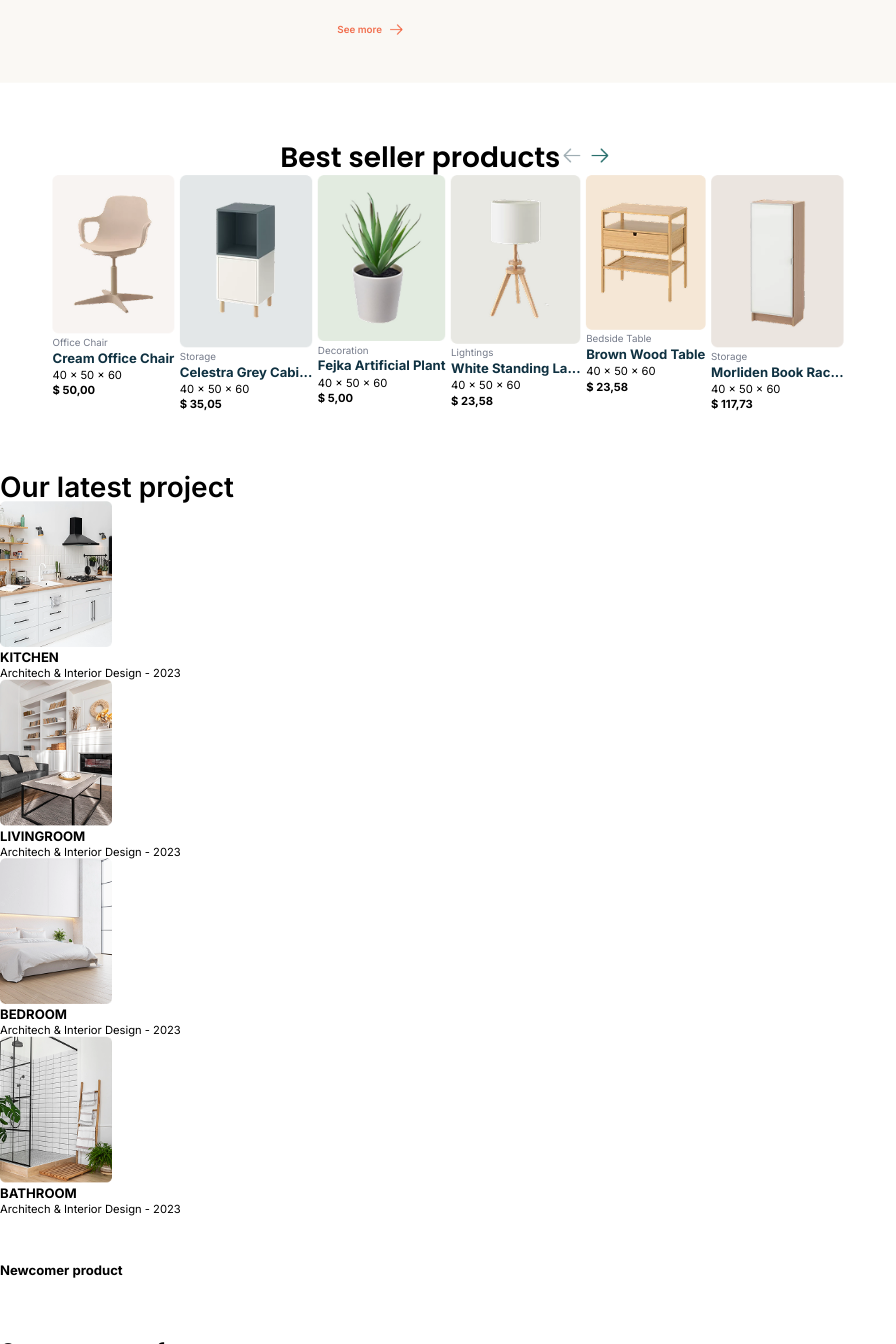
Repository: MatheusEich15/FrontEnd
Page: Prova 1 FrontEnd/Prova 1 FrontEnd/index.html
The author's editor kept a copy of each file at every save. The page is drawn from the files as they stood at one save, then again after a run of saves.
The browser window is 1280 px wide. The pictures show the part of the page from y = 1673 to 3593 px (the page is 4771 px tall before and 4734 px after), at 70% of full size.

Above is the page before, as saved 2026-03-12 14:12:18.

### Prova 1 FrontEnd/Prova 1 FrontEnd/index.html
<!DOCTYPE html>

<html lang="en">

<head>
    <meta charset="UTF-8">
    <meta name="viewport" content="width=device-width, initial-scale=1.0">
    <title>Coca</title>
    <link rel="stylesheet" href="style.css">
    <!--  -->
</head>

<body>

    <header>

        <div id="links-header"> <!-- div para links do lado esquerdo -->
            <div id="logo-header"><img src="./assets/images/Logo-images/Logo.png" alt="Logo"></div>
            <nav>
                <ul>
                    <li><a href="#"><span>About</span></a></li>
                    <li><a href="#">Blog</a></li>
                    <li><a href="#">Contact</a></li>
                </ul>
            </nav>
        </div>
        <div id="btn-header"> <!-- div para links do lado direito -->
            <a id="sign-in-btn" href="#">Sign In</a>
            <button><img src="./assets/icons/Menu.png" alt="Menu"></button>
        </div>

    </header>

    <main>

        <section id="introduction"> <!-- Introdução ao site -->
            <div id="introduction-content">
                <h3>Explore any kind of furnitures</h3>
                <h1>Better Furniture <br>
                    Better Living</h1>
                <div id="introduction-btn">
                    <a href="#">Check our projects</a>
                    <div id="right-arrow"><img src="./assets/icons/Short Right Arrow.png" alt="Seta"></div>
                </div>
            </div>
        </section>

        <section id="about"> <!-- Sobre o site -->
            <div class="title">
                <h2>What we provide</h2>
            </div>
            <div id="about-items"> <!-- Informações básicas -->
                <div class="about-item">
                    <img src="./assets/icons/Home.png" alt="Ícone de Home">
                    <h3>10 years of experience <br>
                        in furniture business</h3>
                    <p>We’re already established since 2012, and <br>
                        in 10 years we have lots of positive <br>
                        reviews and achievements</p>
                    <div id="see-more-btn">
                        <a href="#">See more</a>
                        <img src="./assets/icons/Normal Right Arrow.png" alt="Seta">
                    </div>
                </div>
                <div class="about-item">
                    <img src="./assets/icons/Credit Card.png" alt="Ícone de Cartão de Crédito">
                    <h3>Afforable price with <br>
                        world class quality</h3>
                    <p>Our craftsmen have lots of experience <br>
                        dealing with crafting furnitures and some <br>
                        of them have world class quality</p>
                    <div id="see-more-btn">
                        <a href="#">See more</a>
                        <img src="./assets/icons/Normal Right Arrow.png" alt="Seta">
                    </div>
                </div>
                <div class="about-item">
                    <img src="./assets/icons/Thumbs Up.png" alt="Ícone de Polegares Para Cima">
                    <h3>Bring your ideas into <br>
                        a living product</h3>
                    <p>Besides you can buy the existing product, <br>
                        you can also consultate with us also to <br>
                        make your dream furniture</p>
                    <div id="see-more-btn">
                        <a href="#">See more</a>
                        <img src="./assets/icons/Normal Right Arrow.png" alt="Seta">
                    </div>
                </div>
            </div>
        </section>

        <section id="products"> <!-- Produtos disponíveis -->
            <div class="title-arrows">
                <h2>Best seller products</h2>
                <div class="title-btn">
                    <img src="./assets/icons/Normal Left Arrow Sells.png" alt="Seta">
                    <img src="./assets/icons/Normal Right Arrow Sells.png" alt="Seta">
                </div>
            </div>
            <div id="products-items">
                <div class="product-item">
                    <img src="./assets/images/Products-images/Cream Office Chair.png" alt="Cadeira de Escritório Cor Creme">
                    <p><span>Office Chair</span></p>
                    <h3>Cream Office Chair</h3>
                    <p>40 x 50 x 60</p>
                    <h4>$ 50,00</h4>
                </div>
                <div class="product-item">
                    <img src="./assets/images/Products-images/Celestra Grey Cabi.png" alt="Armário Pequeno Cor Cinza e Branco">
                    <p><span>Storage</span></p>
                    <h3>Celestra Grey Cabi...</h3>
                    <p>40 x 50 x 60</p>
                    <h4>$ 35,05</h4>
                </div>
                <div class="product-item">
                    <img src="./assets/images/Products-images/Fejka Artificial Plant.png" alt="Planta Artificial em Vaso Cor Cinza">
                    <p><span>Decoration</span></p>
                    <h3>Fejka Artificial Plant</h3>
                    <p>40 x 50 x 60</p>
                    <h4>$ 5,00</h4>
                </div>
                <div class="product-item">
                    <img src="./assets/images/Products-images/White Standing La.png" alt="Luminária Cor Branca">
                    <p><span>Lightings</span></p>
                    <h3>White Standing La...</h3>
                    <p>40 x 50 x 60</p>
                    <h4>$ 23,58</h4>
                </div>
                <div class="product-item">
                    <img src="./assets/images/Products-images/Brown Wood Table.png" alt="Mesa de Madeira Cor Marrom">
                    <p><span>Bedside Table</span></p>
                    <h3>Brown Wood Table</h3>
                    <p>40 x 50 x 60</p>
                    <h4>$ 23,58</h4>
                </div>
                <div class="product-item">
                    <img src="./assets/images/Products-images/Morliden Book Rac.png" alt="Armário Médio Moderno Cor Branca">
                    <p><span>Storage</span></p>
                    <h3>Morliden Book Rac...</h3>
                    <p>40 x 50 x 60</p>
                    <h4>$ 117,73</h4>
                </div>
            </div>
        </section>

        <section id="projects"> <!-- Demonstrações de projetos -->
            <div class="title">
                <h2><span>Our latest project</span></h2>
            </div>
            <div id="projects-items">
                <div class="project-item">
                    <img src="./assets/images/Projects-images/Kitchen.png" alt="Demonstração de Cozinha">
                    <h3>KITCHEN</h3>
                    <p>Architech & Interior Design - 2023</p>
                </div>
                <div class="project-item">
                    <img src="./assets/images/Projects-images/Livingroom.png" alt="Demonstração de Sala de Estar">
                    <h3>LIVINGROOM</h3>
                    <p>Architech & Interior Design - 2023</p>
                </div>
                <div class="project-item">
                    <img src="./assets/images/Projects-images/Bedroom.png" alt="Demonstração de Quarto">
                    <h3>BEDROOM</h3>
                    <p>Architech & Interior Design - 2023</p>
                </div>
                <div class="project-item">
                    <img src="./assets/images/Projects-images/Bathroom.png" alt="Demonstração de Banheiro">
                    <h3>BATHROOM</h3>
                    <p>Architech & Interior Design - 2023</p>
                </div>
            </div>
            <div id="project-btn"> <!-- Seta do Desktop para ver mais projetos -->
                <img src="./assets/icons/Normal Right Arrow Projects.png" alt="Seta">
            </div>
        </section>

        <section id="news"> <!-- Novidades -->
            <div id="news-content">
                <h3>Newcomer product</h3>
                <div class="title">
                    <h2>2 seater Sofa</h2>
                </div>
                <p>Lorem ipsum dolor sit amet, consectetur adipiscing elit. Egestas luctus malesuada et volutpat, pellentesque dignissim suscipit. </p>
                <div id="available-colors">
                    <h4>Available Colors</h4>
                    <img src="./assets/images/News-images/Available Colors.png" alt="Cores Disponíveis">
                </div>
                <div id="news-btn">
                    <a href="#">Shop Now</a>
                    <div id="right-arrow"><img src="./assets/icons/Short Right Arrow.png" alt="Seta"></div>
                </div>
            </div>
        </section>

        <section id="testimonials">
            <div class="title">
                <h2>What our clients say</h2>
                <div class="title-btn">
                    <img src="./assets/icons/Normal Left Arrow Sells.png" alt="Seta">
                    <img src="./assets/icons/Normal Right Arrow Sells.png" alt="Seta">
                </div>
            </div>
            <div id="testimonials-card">
                <img src="./assets/images/Testimonials-images/Testimonial Person.png" alt="Foto de pessoa">
                <img src="./assets/icons/Testimonial Person “.png" alt="Ícone de Aspas Duplas">
                <h3>As expected, 10 years
                    experience on furniture
                    business will not disappointing
                    at all</h3>
                <p>As they said, their 10 years of
                    experience in furniture and interior
                    business is real. They work it
                    professionally and friendly at the
                    same time and of course the results
                    is beyond my expectations.</p>
                <h4>Roy Rakabuming</h4>
                <div id="1-decorative">
                    <p>1</p>
                </div>
            </div>
        </section>

    </main>

    <footer>

        <div id="footer-top"> <!-- Parte superior à divisória do footer -->
            <div id="logo-footer"><img src="./assets/images/Logo-images/Logo.png" alt="Logo"></div>
            <div><h4>Better Furniture, Better Living</h4></div>
            <div id="footer-contact">
                <div id="address">
                    <div id="address-title">
                        <img src="./assets/icons/Pin.png" alt="Marcador">
                        <h4>Address</h4>
                    </div>
                    <p>7319 Wagon Lane Bradenton, FL 34203</p>
                </div>
                <div id="contact-us">
                    <div id="contact-us-title">
                        <img src="./assets/icons/Envelope.png" alt="Envelope">
                        <h4>Contact Us</h4>
                    </div>
                    <p>hellosansbrothers@gmail.com</p>
                </div>
            </div>
            <div id="footer-links"> <!-- Links do footer -->
                <nav id="footer-website">
                    <h2>Website</h2>
                    <ul>
                        <li><a href="#">Home</a></li>
                        <li><a href="#">About Us</a></li>
                        <li><a href="#">Services</a></li>
                        <li><a href="#">Contact Us</a></li>
                    </ul>
                </nav>
                <nav id="footer-products">
                    <h2>Products</h2>
                    <ul>
                        <li><a href="#">Tables</a></li>
                        <li><a href="#">Chairs</a></li>
                        <li><a href="#">Storages</a></li>
                        <li><a href="#">Decorations</a></li>
                    </ul>
                </nav>
            </div>
        </div>
        <div id="footer-bottom"> <!-- Parte inferior à divisória do footer -->
            <div id="copyrights">
                <p>© Sans Brothers</p>
            </div>
            <div id="footer-policy">
                <p>Privacy and Terms</p>
                <p>Legal Notice</p>
                <p>Languanges</p>
            </div>
            <div id="footer-media">
                <img src="./assets/icons/Facebook Logo.png" alt="Logo do Facebook">
                <img src="./assets/icons/Instagram Logo.png" alt="Logo do Intagram">
                <img src="./assets/icons/Twitter Logo.png" alt="Logo do Twitter">
                <img src="./assets/icons/Linkedin Logo.png" alt="Logo do Linkedin">
            </div>
        </div>

    </footer>

</body>

</html>

### Prova 1 FrontEnd/Prova 1 FrontEnd/style.css
@import url('https://fonts.googleapis.com/css2?family=Inter:ital,opsz,wght@0,14..32,100..900;1,14..32,100..900&family=Poppins:ital,wght@0,100;0,200;0,300;0,400;0,500;0,600;0,700;0,800;0,900;1,100;1,200;1,300;1,400;1,500;1,600;1,700;1,800;1,900&family=Raleway:ital,wght@0,100..900;1,100..900&display=swap');

:root {
    --p-font: Inter; /* Fonte de parágrafos */
    --h-font: Poppins; /* Fonte de Títulos */
    --i-font: Raleway; /* Fonte de informações */
    --white: #FFFFFF;
    --off-white: #FAF8F4;
    --blue: #0F3141;
    --black: #000000;
    --orange: #F16F4F;
    --lite-orange: #EF7D60;
    --grey: #757B8A;
}

* {
    margin: 0;
    padding: 0;
    font-family: var(--p-font);
}

li {
    list-style: none;
}

a {
    text-decoration: none;
    color: var(--black);
}

button {
    background-color: transparent;
    border: none;
}

header {
    margin: 0.75rem 1.25rem 0rem 1.25rem;
    display: flex;
    justify-content: space-between;
    align-items: center;
}

#links-header nav {
    display: none;
}

#btn-header a {
    display: none;
}

#introduction {
    background: linear-gradient(to bottom, var(--white) 0%, var(--white) 20%, transparent 100%), url(./assets/images/Instroduction-images/Introduction\ Background\ Image.png);
    background-position: bottom;
    background-repeat: no-repeat;
    background-size: auto 375px;
}

#introduction-content {
    margin-top: 4.813rem;
    color: var(--black);
    display: flex;
    flex-direction: column;
    align-items: center;
}

#introduction-content h3 {
    font-weight: 500;
    font-size: 0.875rem;
    line-height: 1.875rem;
    letter-spacing: 1%;
    text-transform: uppercase;
    text-align: center;
    color: var(--blue);
}

#introduction-content h1 {
    margin-top: 0.5rem;
    font-family: var(--h-font);
    font-weight: 600;
    font-size: 2.75rem;
    line-height: 3.25rem;
    letter-spacing: -3%;
    text-align: center;
}

#introduction-btn {
    width: 15.125rem;
    height: 3.5rem;
    margin-top: 1.5rem;
    background-color: var(--orange);
    display: flex;
    justify-content: center;
    align-items: center;
    gap: 1rem;
    border-radius: 0.25rem;
    margin-bottom: 12.875rem;
}

#right-arrow {
    width: 2rem;
    height: 2rem;
    border-radius: 100%;
    background-color: var(--lite-orange);
    display: flex;
    justify-content: center;
    align-items: center;
}

#introduction-btn a {
    color: var(--white);
    font-weight: 600;
    font-size: 1.125rem;
    line-height: 100%;
    letter-spacing: -1%;
}

#about {
    display: flex;
    flex-direction: column;
    align-items: center;
    background-color: var(--off-white);
}

.title h2 {
    font-family: var(--h-font);
    margin-top: 5.563rem;
    font-weight: 600;
    font-size: 2.5rem;
    line-height: 100%;
    letter-spacing: -3%;
}

#about-items {
    margin-top: 3.313rem;
    display: flex;
    flex-direction: column;
    align-items: center;
    gap: 3.75rem;
    margin-bottom: 3.938rem;
}

.about-item h3 {
    margin-top: 0.75rem;
    font-family: var(--h-font);
    font-weight: 600;
    font-size: 1.5rem;
    line-height: 2.125rem;
    letter-spacing: -2%;
}

.about-item p {
    margin-top: 1rem;
    color: var(--grey);
    font-weight: 400;
    font-size: 1rem;
    line-height: 1.75rem;
    letter-spacing: 1%;
}

#see-more-btn {
    margin-top: 1.5rem;
    display: flex;
    align-items: center;
    gap: 0.5rem;
}

#see-more-btn a {
    color: var(--orange);
    font-weight: 600;
    font-size: 0.875rem;
    line-height: 1.688rem;
    letter-spacing: 1%;
}

#products {
    display: flex;
    flex-direction: column;
    align-items: center;
}

.title-arrows {
    margin: 5rem 1.938rem 0rem 1.5rem;
    display: flex;
}

.title-arrows h2 {
    font-family: var(--h-font);
    font-weight: 600;
    font-size: 2.5rem;
    line-height: 3.25rem;
    letter-spacing: -3%;
}

.title-btn {
    display: flex;
    align-items: end;
    gap: 0.5rem;
    margin-bottom: 0.75rem;
}

.title-btn img {
    max-width: 2rem;
    max-height: 2rem;
}

#products-items {
    display: flex;
    flex-wrap: wrap;
    justify-content: center;
    gap: 0.5rem;
}

.product-item {
    display: flex;
    flex-direction: column;
    gap: 0.125rem;
    font-family: var(--i-font);
}

.product-item p span {
    color: var(--grey);
    font-weight: 400;
    font-size: 0.875rem;
    line-height: 100%;
    letter-spacing: 1%;
}

.product-item h3 {
    color: var(--blue);
    font-weight: ;
    font-size: ;
    line-height: ;
    letter-spacing: ;
}

After the next 4 saves:
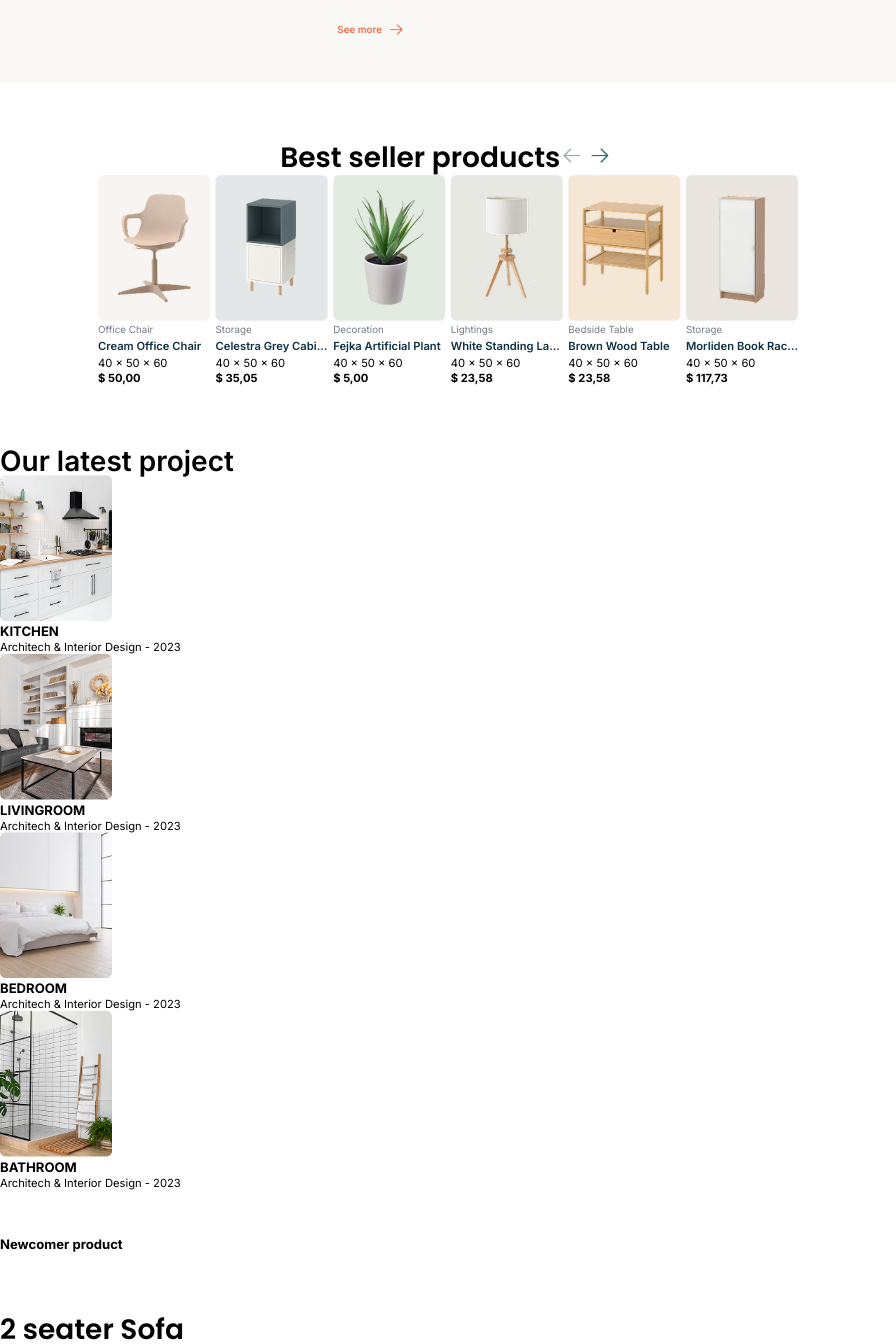
The 4 saves are shown as one change because they came seconds apart.
The last was saved 16 s later.
--- a/Prova 1 FrontEnd/Prova 1 FrontEnd/style.css
+++ b/Prova 1 FrontEnd/Prova 1 FrontEnd/style.css
@@ -227,8 +227,8 @@ header {
 
 .product-item h3 {
     color: var(--blue);
-    font-weight: ;
-    font-size: ;
-    line-height: ;
+    font-weight: 600;
+    font-size: 1rem;
+    line-height: 1.5rem;
     letter-spacing: ;
 }
